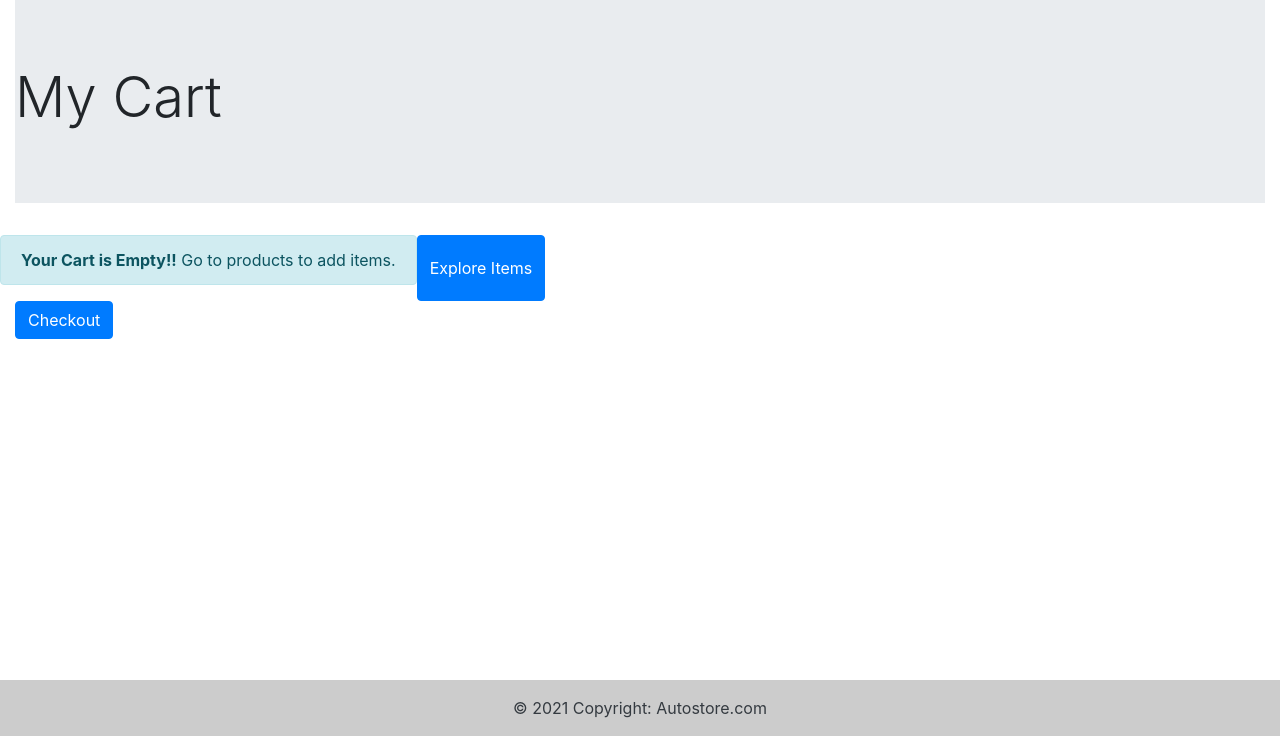
Repository: pravinsakthivel/ecommerce
Page: /cartIems
The author's editor kept a copy of each file at every save. The page is drawn from the files as they stood at one save, then again after the next save.
The browser window is 1280 px wide. The pictures show the whole page.
The project was rebuilt for these pictures with package versions that can differ from the ones it lists, and the page was loaded fresh each time. Also part of the build but not shown: src/components/ProductItem.vue, src/components/UI/ShoppingCartIcon.vue, src/components/UI/NavigationBar.vue, src/components/UI/SearchBar.vue, src/components/ProductDescriptionModal.vue, src/components/ProductList.vue, src/components/UI/OrderSuccess.vue, src/components/UI/LoginPage.vue and 2 more.

Above is the page before, as saved 2021-04-10 21:20:05.

After the next save:
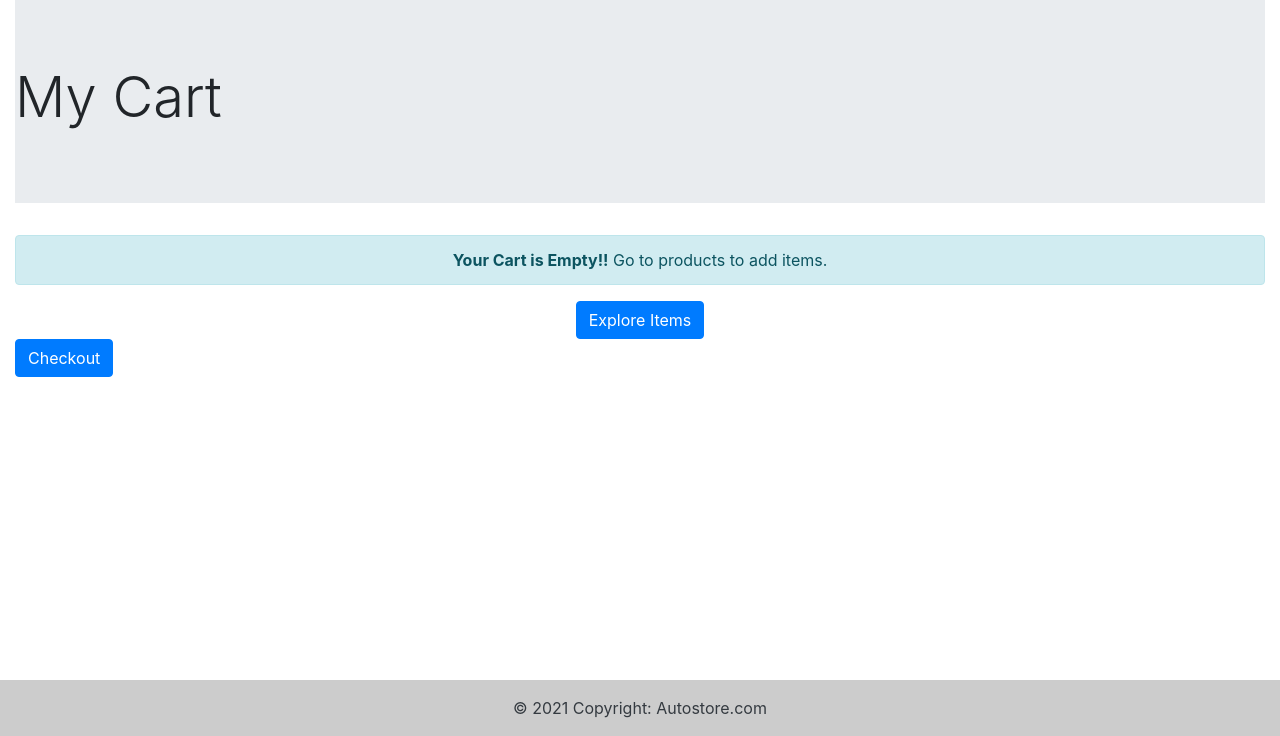
Saved 11 s later.
--- a/src/components/CartList.vue
+++ b/src/components/CartList.vue
@@ -37,7 +37,7 @@
       </div>
     </div>
 
-    <div v-if="cartItems.length < 1" class="text-center row">
+    <div v-if="cartItems.length < 1" class="text-center ">
       <div class="alert alert-info ">
         <strong>Your Cart is Empty!!</strong> Go to products to add items.
       </div>
